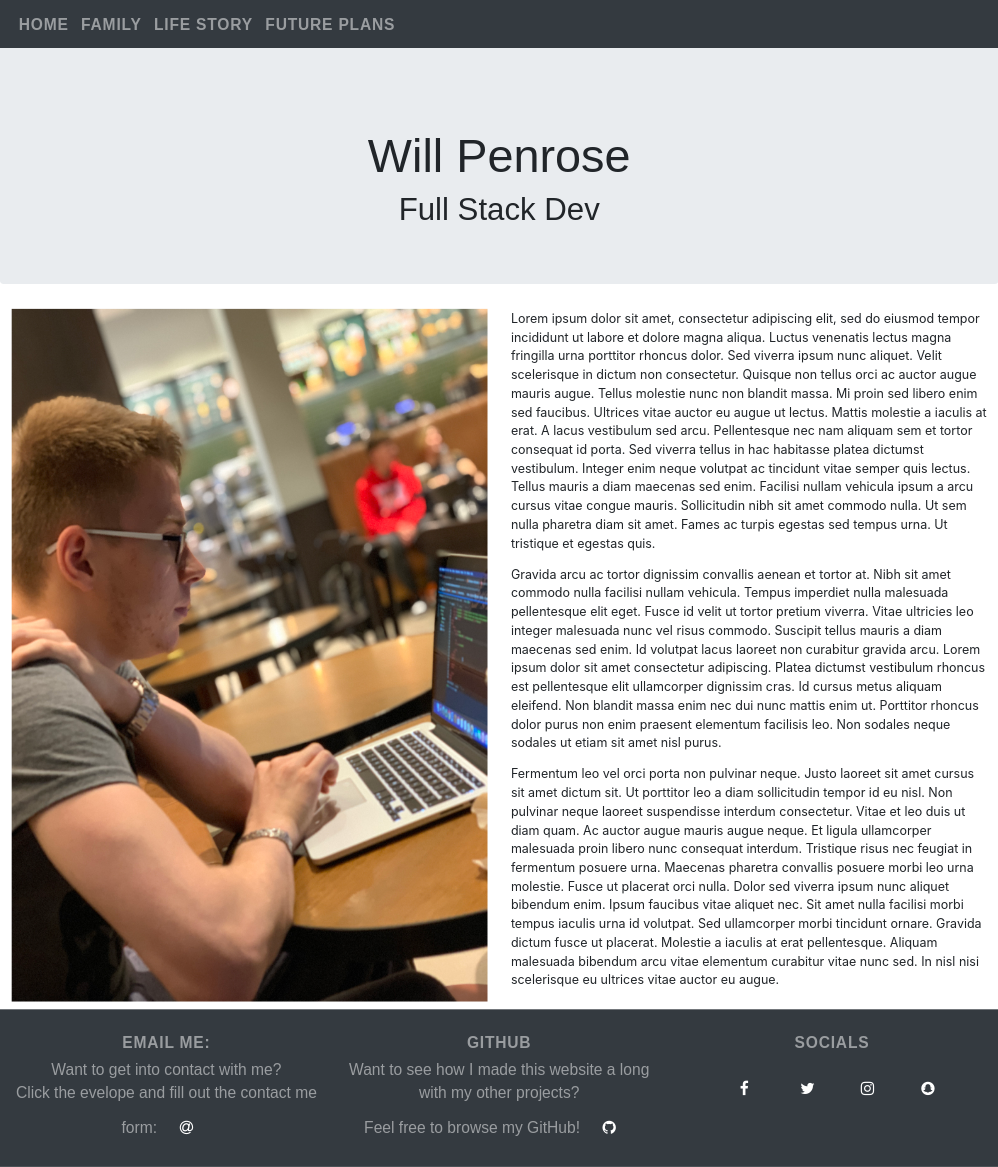
Repository: Code-Institute-Submissions/user-centric-frontend-dev-milestone-project
Page: index.html
The author's editor kept a record of every edit. The page is drawn from the files as they stood at one moment, then again after the next edit.
The browser window is 1280 px wide. The pictures show the whole page, at 78% of full size.
Some web fonts or font styles are not loaded; a fallback is used.

Above is the page before.

After the next edit:
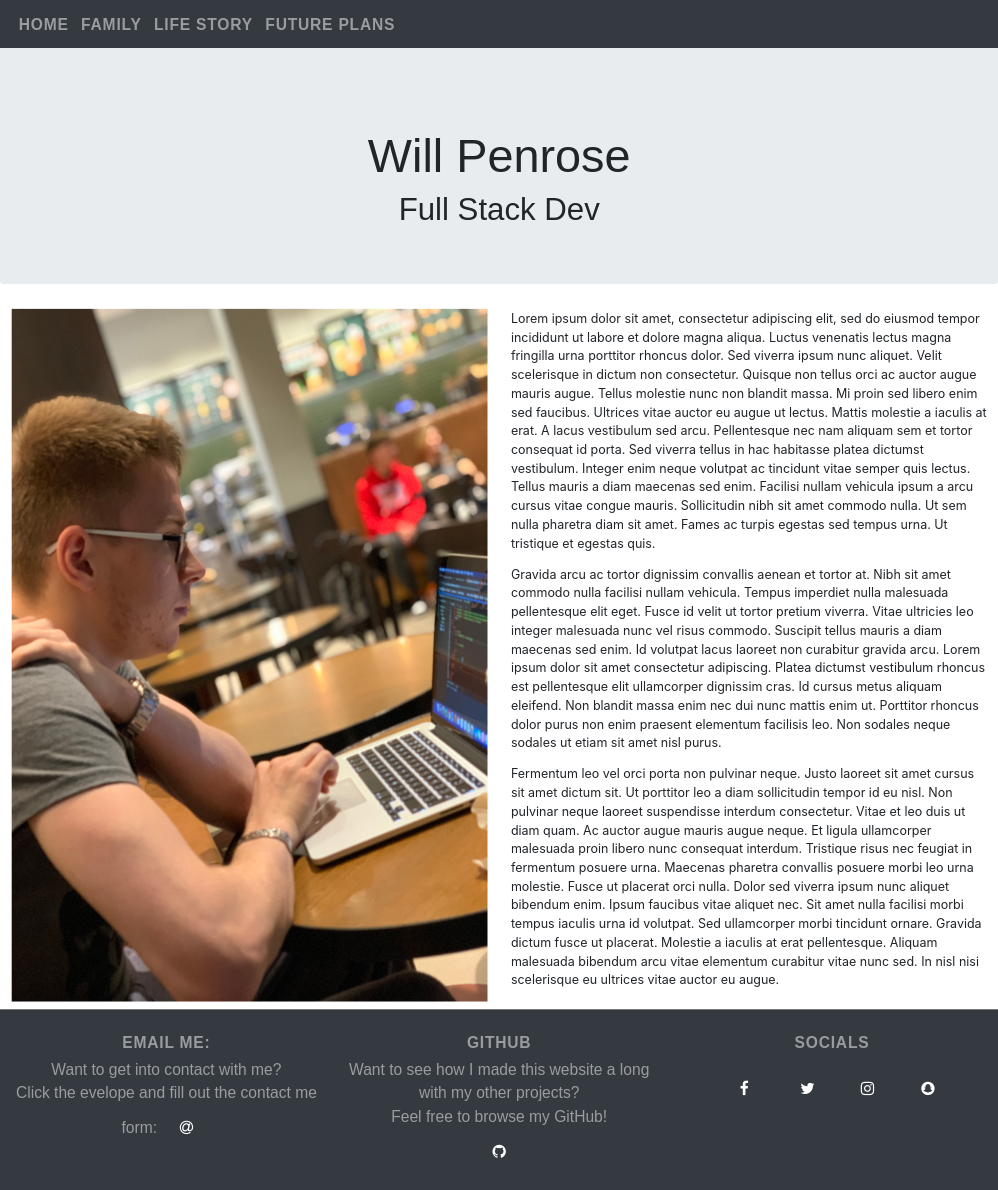
The edit:
--- a/index.html
+++ b/index.html
@@ -96,8 +96,9 @@
                 </div>
                 <div class="col-sm-4 footer-paragraph">
                     <h4 class="footer-section text-uppercase social-links">GitHub</h4>
-                    <p class="inline-block">
+                    <p>
                         Want to see how I made this website a long with my other projects?<br> Feel free to browse my GitHub!
+                        <br>
                         <a href="#" target="_blank">
                             <i class="fa fa-github" aria-hidden="true"></i>
                             <span class="sr-only">GitHub</span>
